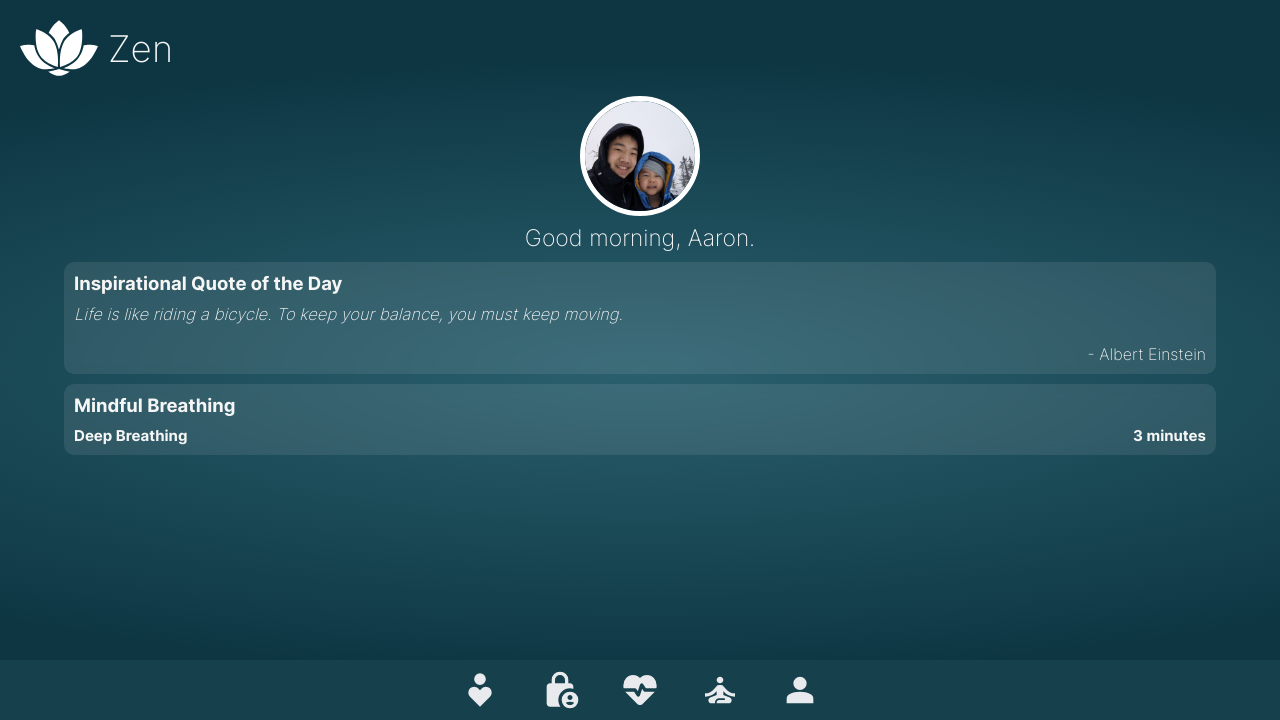
Repository: aaronw-dev/Zen
Page: mindful_dashboard.html
These files come from the project's save history. The page is drawn as it stood at one moment and after the next save; the edit follows.
The browser window is 1280 px wide. The pictures show the whole page.

Above is the page before, as saved 2024-06-08 14:52:48.

After the next save:
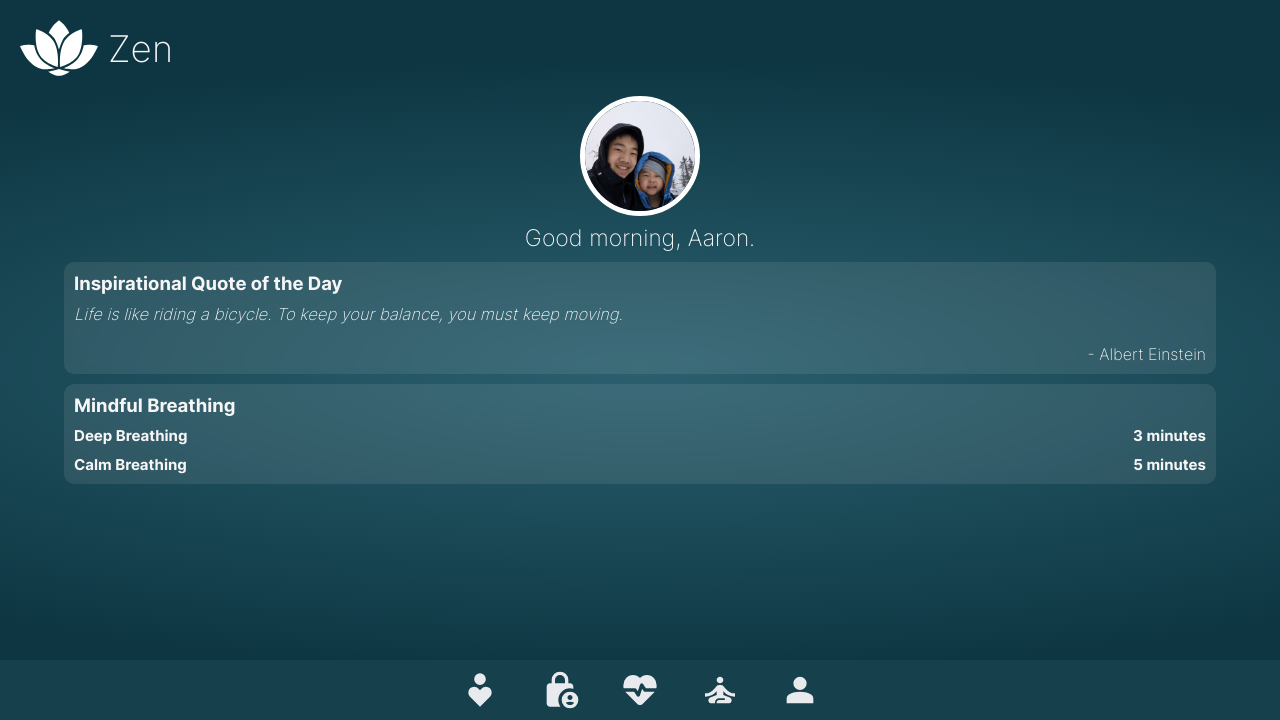
Saved 4 s later.
--- a/mindful_dashboard.html
+++ b/mindful_dashboard.html
@@ -32,7 +32,10 @@
                 <h2 class="mindful-title">Deep Breathing</h2>
                 <h2 class="mindful-time">3 minutes</h2>
             </div>
-
+            <div class="mindful-actions">
+                <h2 class="mindful-title">Calm Breathing</h2>
+                <h2 class="mindful-time">5 minutes</h2>
+            </div>
         </div>
     </div>
     <div class="bottom-nav">
